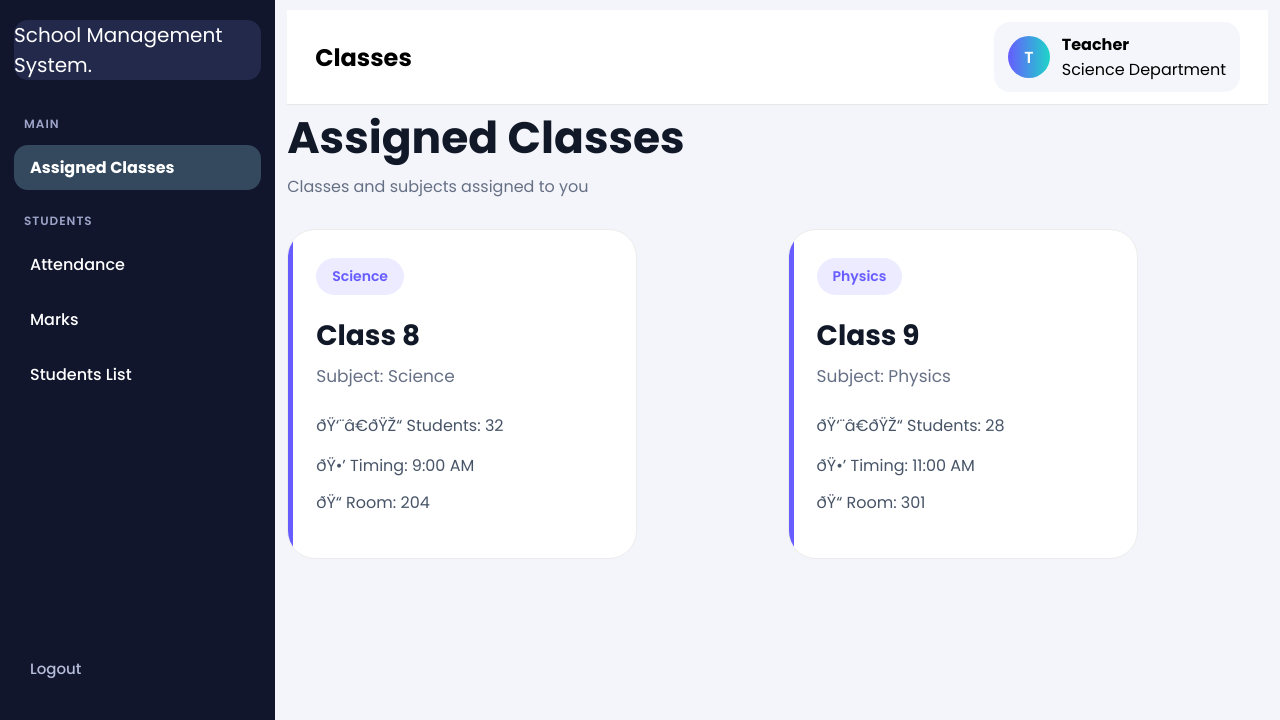
Repository: rohit-rk-07/school_management_system
Page: http://localhost/School_Management_System/teacher/assignedclass.jsp
An editor plug-in stored every save of this project. The page is shown before and after the next save, followed by the edit.
The browser window is 1280 px wide. The pictures show the whole page.
The page is served by Tomcat 10. Other server files are loaded and not shown.

Above is the page before, as saved 2026-05-21 08:21:17.
Console error: TypeError: Cannot read properties of null (reading 'addEventListener')

### School_Management_System/src/main/webapp/teacher/assignedclass.jsp
<!DOCTYPE html>
<html lang="en">

<head>

    <meta charset="UTF-8">
    <meta name="viewport" content="width=device-width, initial-scale=1.0">

    <title>Assigned Classes</title>

    <link rel="preconnect" href="https://fonts.googleapis.com">

    <link href="https://fonts.googleapis.com/css2?family=Poppins:wght@300;400;500;600;700&display=swap"
        rel="stylesheet">

    <style>

        *{
            margin:0;
            padding:0;
            box-sizing:border-box;
            font-family:'Poppins',sans-serif;
        }

        body{
            background:#f4f5fb;
            display: flex;
            flex-direction: row;
            justify-content: space-between;
            align-items: start;
        }

        .assignedClassesContainer{
            padding:10px 12px;
            width: 80%;
        }

        .assignedClassesHeading{
            font-size:44px;
            font-weight:700;
            color:#111827;
        }

        .assignedClassesSubtitle{
            color:#667085;
            margin-top:4px;
            margin-bottom:30px;
        }

        .assignedClassesGrid{
            display:grid;
            grid-template-columns:repeat(auto-fit,minmax(320px,1fr));
            gap:20px;
        }

        .assignedClassesCard{
            background:#ffffff;
            border-radius:28px;
            padding:28px;
            border:1px solid #ececec;
            position:relative;
            overflow:hidden;
            width: 350px;
        }

        .assignedClassesCard::before{
            content:"";
            position:absolute;
            top:0;
            left:0;
            width:5px;
            height:100%;
            background:#675cff;
        }

        .assignedClassesBadge{
            display:inline-block;
            padding:8px 16px;
            border-radius:30px;
            background:#ecebff;
            color:#675cff;
            font-size:14px;
            font-weight:600;
            margin-bottom:20px;
        }

        .assignedClassesTitle{
            font-size:28px;
            font-weight:700;
            color:#111827;
            margin-bottom:6px;
        }

        .assignedClassesSubject{
            color:#667085;
            margin-bottom:24px;
            font-size:17px;
        }

        .assignedClassesInfo{
            margin-bottom:12px;
            color:#475467;
            font-size:16px;
        }

        .attendanceTopbar {
    width: 100%;
    background: #ffffff;
    padding: 12px 28px;
    display: flex;
    justify-content: space-between;
    align-items: center;
    border-bottom: 1px solid #e7e7e7;
    }

    .attendanceTeacherProfile {
    display: flex;
    align-items: center;
    gap: 12px;
    background: #f5f6fb;
    padding: 10px 14px;
    border-radius: 16px;
}

.attendanceTeacherAvatar {
    width: 42px;
    height: 42px;
    border-radius: 50%;
    background: linear-gradient(to right, #675cff, #1dd5c8);
    display: flex;
    align-items: center;
    justify-content: center;
    color: #ffffff;
    font-weight: 600;
}

    </style>

</head>

<body>

	<jsp:include page="sidebar.jsp" />

    <div class="assignedClassesContainer">

    <div class="attendanceTopbar">

        <h2 class="attendanceTopbarTitle">
            Classes
        </h2>

        <div class="attendanceTeacherProfile">

            <div class="attendanceTeacherAvatar">
                T
            </div>

            <div>

                <h4>Teacher</h4>

                <p class="attendanceTeacherRole">
                    Science Department
                </p>

            </div>

        </div>

    </div>

        <h1 class="assignedClassesHeading">
            Assigned Classes
        </h1>

        <p class="assignedClassesSubtitle">
            Classes and subjects assigned to you
        </p>

        <div class="assignedClassesGrid">

            <div class="assignedClassesCard">

                <span class="assignedClassesBadge">
                    Science
                </span>

                <h2 class="assignedClassesTitle">
                    Class 8
                </h2>

                <p class="assignedClassesSubject">
                    Subject: Science
                </p>

                <p class="assignedClassesInfo">
                    👨‍🎓 Students: 32
                </p>

                <p class="assignedClassesInfo">
                    🕒 Timing: 9:00 AM
                </p>

                <p class="assignedClassesInfo">
                    📍 Room: 204
                </p>

            </div>

            <div class="assignedClassesCard">

                <span class="assignedClassesBadge">
                    Physics
                </span>

                <h2 class="assignedClassesTitle">
                    Class 9
                </h2>

                <p class="assignedClassesSubject">
                    Subject: Physics
                </p>

                <p class="assignedClassesInfo">
                    👨‍🎓 Students: 28
                </p>

                <p class="assignedClassesInfo">
                    🕒 Timing: 11:00 AM
                </p>

                <p class="assignedClassesInfo">
                    📍 Room: 301
                </p>

            </div>

        </div>

    </div>

</body>

</html>

### School_Management_System/src/main/webapp/teacher/sidebar.jsp
<!DOCTYPE html>
<html lang="en">
<head>
  <meta charset="UTF-8" />
  <meta name="viewport" content="width=device-width, initial-scale=1.0"/>
  <title>School Sidebar</title>

  <style type="text/css">
  *{
  margin:0;
  padding:0;
  box-sizing:border-box;
}

body{
  font-family:'Poppins',sans-serif;
  background:#f4f5fa;
}

/* SIDEBAR */

.schoolSidebar{
  width:280px;
  height:100vh;
  background:#11162d;
  color:#ffffff;
  padding:20px 14px;
  display:flex;
  flex-direction:column;
  justify-content:space-between;
  /*border-top-right-radius:20px;
  border-bottom-right-radius:20px;*/
  transition:0.3s;
}

/* LOGO */

.schoolSidebarLogo{
  border-radius:14px;
  background:#23294b;
  display:flex;
  align-items:start;
  justify-content:start;
  font-size:20px;
  margin-bottom:35px;
}

/* MENU TITLES */

.schoolSidebarMenuTitle{
  color:#9ca3c7;
  font-size:12px;
  letter-spacing:1px;
  margin:22px 10px 12px;
  font-weight:600;
}

/* MENU */

.schoolSidebarMenuList{
  list-style:none;
}

.schoolSidebarMenuItem{
  display:flex;
  align-items:center;
  gap:14px;
  padding:10px 16px;
  border-radius:14px;
  margin-bottom:10px;
  color:#b6bdd9;
  cursor:pointer;
  transition:0.3s;
  font-size:15px;
  font-weight:500;
}

.schoolSidebarMenuItem a{
  font-size:16px;
  text-decoration: none;
  color: #fff;
  width: 100%;
  height: 100%;
}

/* HOVER */

.schoolSidebarMenuItem:hover{
  background:#242b4d;
  color:#ffffff;
}

/* ACTIVE */

.schoolSidebarActive{
  background:#4d44cc;
  color:#ffffff;
}

.schoolSidebarMenuItem {
    /* Your default styling for menu items */
    transition: background-color 0.2s ease;
}

/* This targets the container when active */
.schoolSidebarMenuItem.schoolSidebarActive {
    background-color: #34495e; /* Change to your preferred highlight color */
}

/* Ensures the text color inside the active container looks right */
.schoolSidebarMenuItem.schoolSidebarActive a {
    color: #ffffff;
    font-weight: bold;
}

/* DARK MODE */

.schoolSidebarDark{
  background:#050814;
}

.schoolSidebarDark .schoolSidebarMenuItem:hover{
  background:#1c2445;
}

/* RESPONSIVE */

@media(max-width:768px){

  .schoolSidebar{
    width:100%;
    height:auto;
    border-radius:0;
  }

}
  </style>

  <link rel="preconnect" href="https://fonts.googleapis.com">
  <link href="https://fonts.googleapis.com/css2?family=Poppins:wght@300;400;500;600;700&display=swap" rel="stylesheet">
</head>

<body>

  <aside class="schoolSidebar">

    <!-- LOGO -->
    <div class="schoolSidebarTop">

      <div class="schoolSidebarLogo">
        School Management System.
      </div>

      <!-- MAIN MENU -->
      <div class="schoolSidebarMenuTitle">
        MAIN
      </div>

      <ul class="schoolSidebarMenuList">

        <li class="schoolSidebarMenuItem schoolSidebarActive">
          <a href="assignedclass.jsp">Assigned Classes</a>
        </li>

      </ul>

      <!-- ASSIGNMENTS -->
      <div class="schoolSidebarMenuTitle">
        STUDENTS
      </div>

      <ul class="schoolSidebarMenuList">

        <li class="schoolSidebarMenuItem">
          <a href="attendance.jsp">Attendance</a>
        </li>

        <li class="schoolSidebarMenuItem">
          <a href="addMarks.jsp">Marks</a>
        </li>

        <li class="schoolSidebarMenuItem">
          <a href="studentsList.jsp">Students List</a>
        </li>

      </ul>

    </div>

    <!-- BOTTOM -->
    <div class="schoolSidebarBottom">

      <ul class="schoolSidebarMenuList">

        <li class="schoolSidebarMenuItem">
          Logout
        </li>

      </ul>

    </div>

  </aside>

  <script>
//ACTIVE MENU

  //const schoolSidebarItems = document.querySelectorAll(".schoolSidebarMenuItem");

  //schoolSidebarItems.forEach(item => {

    //item.addEventListener("click", () => {

     // schoolSidebarItems.forEach(nav => {
      //  nav.classList.remove("schoolSidebarActive");
     // });

     // item.classList.add("schoolSidebarActive");

   // });

 // });

  document.addEventListener("DOMContentLoaded", function () {
    // Get the current page filename (e.g., "teacher.jsp")
    const currentPath = window.location.pathname.split("/").pop();

    // Select all links inside the sidebar
    const menuLinks = document.querySelectorAll(".schoolSidebarMenuList a");

    menuLinks.forEach(link => {
        // Get the href attribute of the link
        const linkPath = link.getAttribute("href");

        // If the current URL ends with or matches the href, highlight its parent <li>
        if (currentPath === linkPath) {
            // Remove the active class from any default item first
            document.querySelectorAll(".schoolSidebarMenuItem").forEach(item => {
                item.classList.remove("schoolSidebarActive");
            });

            // Add active class to the current link's parent <li> element
            link.closest("li").classList.add("schoolSidebarActive");
        }
    });
});


  // DARK MODE

  const schoolSidebar = document.querySelector(".schoolSidebar");

  const schoolSidebarDarkBtn = document.getElementById("schoolSidebarDarkBtn");

  schoolSidebarDarkBtn.addEventListener("click", () => {

    schoolSidebar.classList.toggle("schoolSidebarDark");

  });
  </script>

</body>
</html>

After the next save:
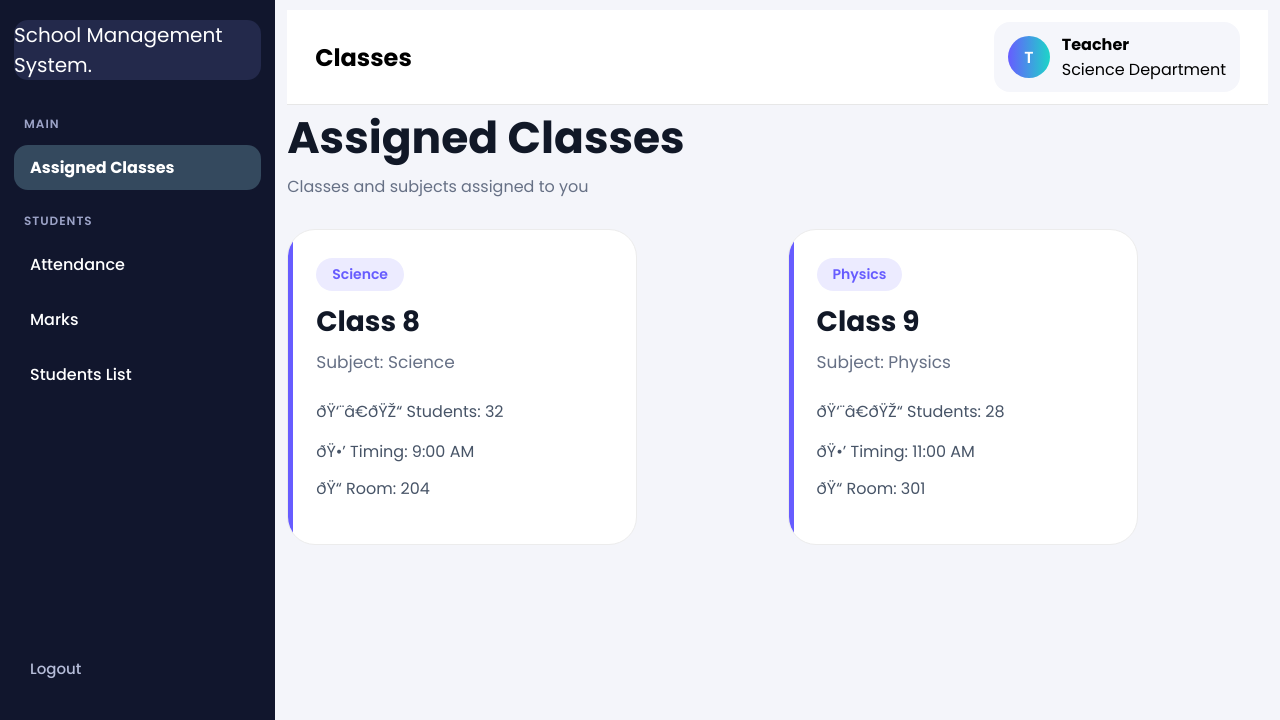
Saved 47 s later.
--- a/School_Management_System/src/main/webapp/teacher/assignedclass.jsp
+++ b/School_Management_System/src/main/webapp/teacher/assignedclass.jsp
@@ -75,13 +75,13 @@
 
         .assignedClassesBadge{
             display:inline-block;
-            padding:8px 16px;
+            padding:6px 16px;
             border-radius:30px;
             background:#ecebff;
             color:#675cff;
             font-size:14px;
             font-weight:600;
-            margin-bottom:20px;
+            margin-bottom:10px;
         }
 
         .assignedClassesTitle{
